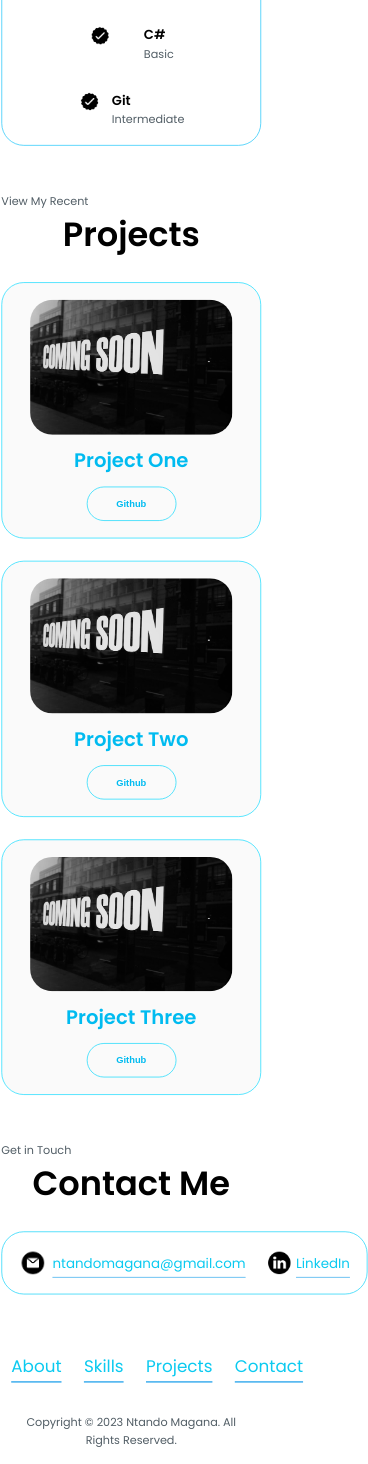
Repository: ntandomagana/FS-Dev-Portfolio
Page: index.html
These files come from the project's save history. The page is drawn as it stood at one moment and after a run of saves; the edit follows.
The browser window is 375 px wide. The page is 525 px wide, so the pictures cover 525 px, including what lies to the right of the window. The pictures show the part of the page from y = 2613 to 4853 px (the page is 4704 px tall before and 4853 px after), at 70% of full size.

Above is the page before, as saved 2024-05-06 11:21:49.

After the next 4 saves:
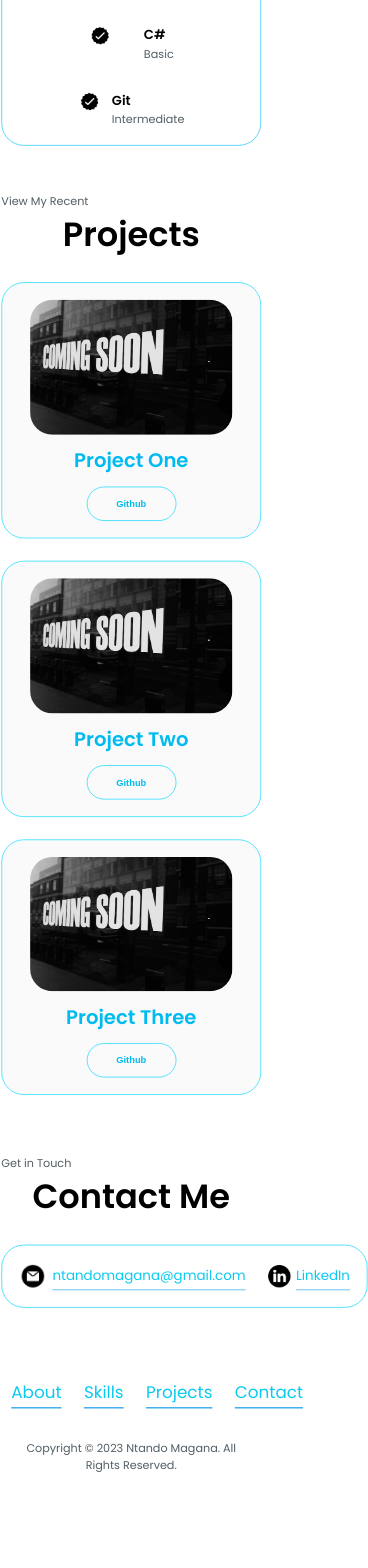
The 4 saves are shown as one change because they came seconds apart.
The last was saved 13 s later.
--- a/mediaqueries.css
+++ b/mediaqueries.css
@@ -59,5 +59,8 @@
 }
 
 @media screen and (max-width:600px) {
-    #contact
+    #contact,
+    footer {
+        height: 40vh;
+    }
 }
